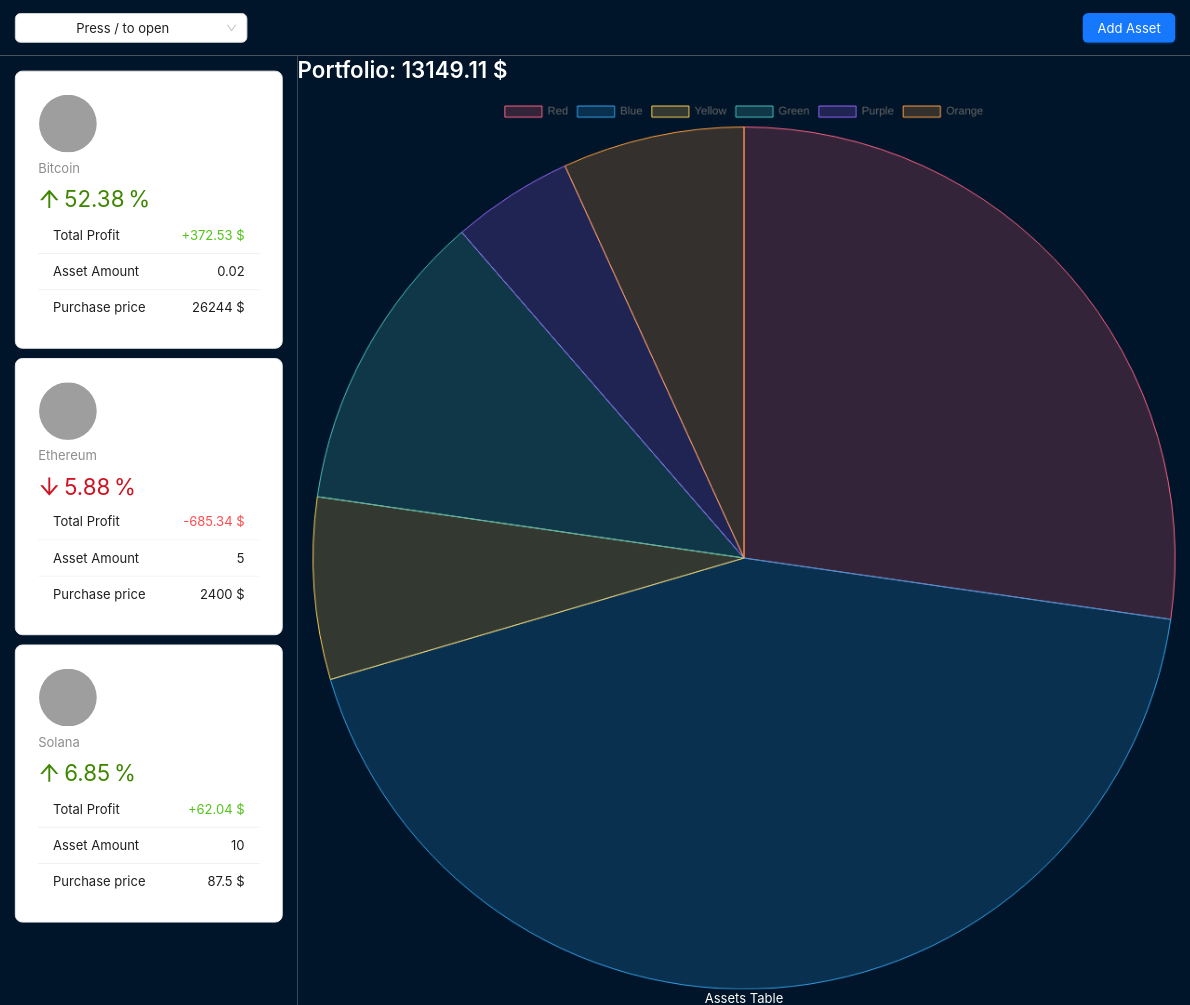
Repository: Vadia23/React-Crypto-App
Page: /
The author's editor kept a copy of each file at every save. The page is drawn from the files as they stood at one save, then again after the next save.
The browser window is 1280 px wide. The pictures show the whole page, at 93% of full size.
Pictures or frames that could not be fetched are drawn as grey boxes. The project was rebuilt for these pictures with package versions that can differ from the ones it lists, and the page was loaded fresh each time. Also part of the build but not shown: vite.config.js, src/components/CoinInfo.jsx, src/components/CoinInfoModal.jsx, src/components/AddAssetForm.jsx, src/components/layout/AppConten.jsx.

Above is the page before, as saved 2024-02-28 16:56:37.

After the next save:
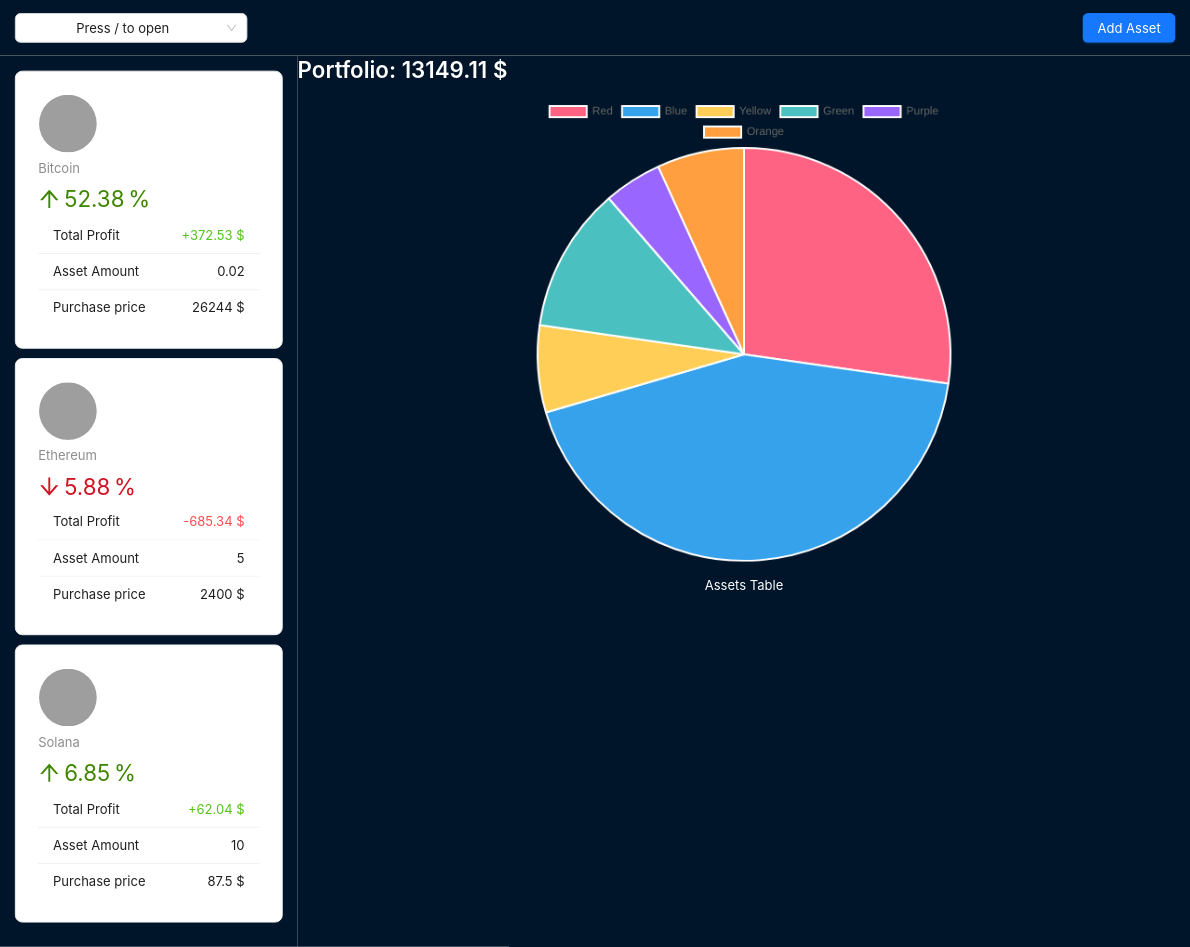
Saved 3 min 40 s later.
--- a/src/components/PortfolioChart.jsx
+++ b/src/components/PortfolioChart.jsx
@@ -10,14 +10,6 @@
       label: "# of Votes",
       data: [12, 19, 3, 5, 2, 3],
       backgroundColor: [
-        "rgba(255, 99, 132, 0.2)",
-        "rgba(54, 162, 235, 0.2)",
-        "rgba(255, 206, 86, 0.2)",
-        "rgba(75, 192, 192, 0.2)",
-        "rgba(153, 102, 255, 0.2)",
-        "rgba(255, 159, 64, 0.2)",
-      ],
-      borderColor: [
         "rgba(255, 99, 132, 1)",
         "rgba(54, 162, 235, 1)",
         "rgba(255, 206, 86, 1)",
@@ -25,11 +17,21 @@
         "rgba(153, 102, 255, 1)",
         "rgba(255, 159, 64, 1)",
       ],
-      borderWidth: 1,
     },
   ],
 };
 
 export default function PortfolioChart() {
-  return <Pie data={data} />;
+  return (
+    <div
+      style={{
+        display: "flex",
+        marginBottom: "1rem",
+        justifyContent: "center",
+        height: 500,
+      }}
+    >
+      <Pie data={data} />
+    </div>
+  );
 }
